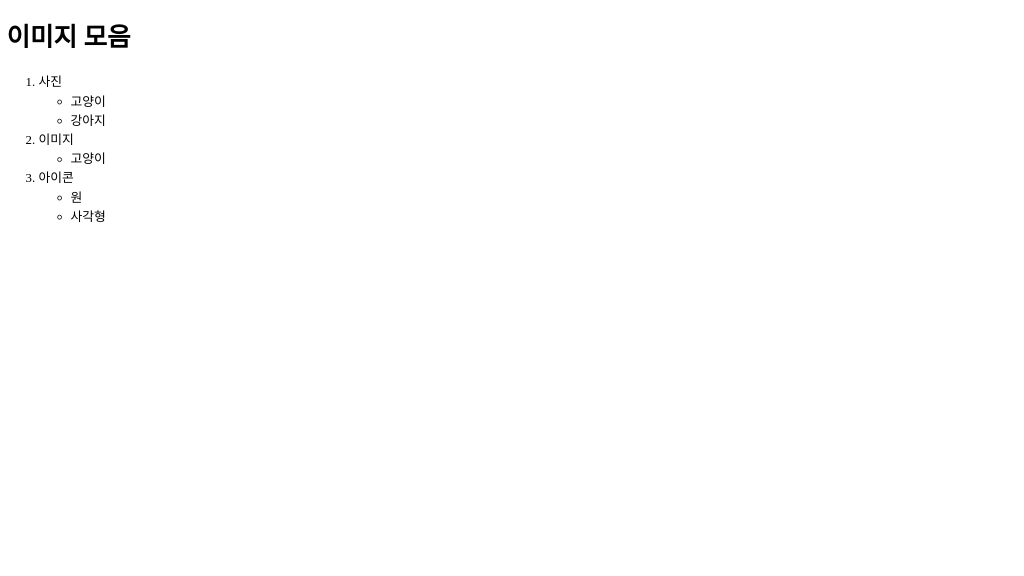
Repository: sinsujung/client
Page: ClientTest/src/main/webapp/문제/q08.html
An editor plug-in stored every save of this project. The page is shown before and after the next save, followed by the edit.
The browser window is 1280 px wide. The pictures show the whole page, at 80% of full size.

Above is the page before, as saved 2023-09-21 02:17:59.

After the next save:
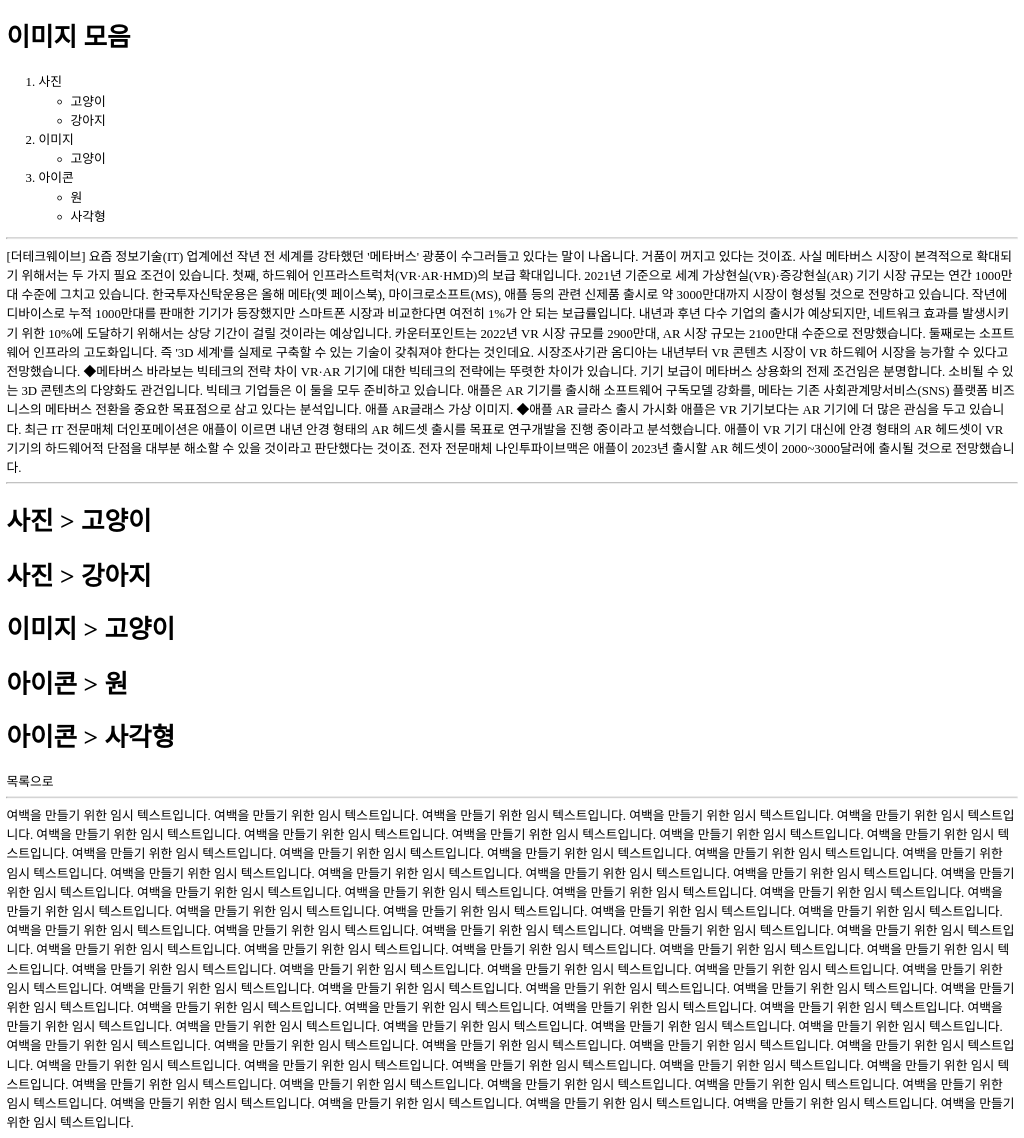
Saved 7 min 0 s later.
--- a/ClientTest/src/main/webapp/문제/q08.html
+++ b/ClientTest/src/main/webapp/문제/q08.html
@@ -10,17 +10,64 @@
 		<li>사진</li>
 		<ul>
 			<li><a name="고양이"></a>고양이</li>
-			<li>강아지</li>
+			<li><a name="강아지">강아지</li>
 		</ul>
 		<li>이미지</li>
 		<ul>
-			<li>고양이</li>
+			<li><a name="고양이">고양이</li>
 		</ul>
 		<li>아이콘</li>
 		<ul>
-			<li>원</li>
-			<li>사각형</li>
+			<li><a name="원">원</li>
+			<li><a name="사각형">사각형</li>
 		</ul>
 	</ol>
+	<hr>
+		[더테크웨이브] 요즘 정보기술(IT) 업계에선 작년 전 세계를 강타했던 '메타버스' 광풍이 수그러들고 있다는 말이 나옵니다.
+		거품이 꺼지고 있다는 것이죠. 사실 메타버스 시장이 본격적으로 확대되기 위해서는 두 가지 필요 조건이 있습니다.
+		첫째, 하드웨어 인프라스트럭처(VR·AR·HMD)의 보급 확대입니다.
+		2021년 기준으로 세계 가상현실(VR)·증강현실(AR) 기기 시장 규모는 연간 1000만대 수준에 그치고 있습니다.
+		한국투자신탁운용은 올해 메타(옛 페이스북), 마이크로소프트(MS), 애플 등의 관련 신제품 출시로 약 3000만대까지 시장이 형성될 것으로 전망하고 있습니다.
+		작년에 디바이스로 누적 1000만대를 판매한 기기가 등장했지만 스마트폰 시장과 비교한다면 여전히 1%가 안 되는 보급률입니다.
+		내년과 후년 다수 기업의 출시가 예상되지만, 네트워크 효과를 발생시키기 위한 10%에 도달하기 위해서는 상당 기간이 걸릴 것이라는 예상입니다.
+		카운터포인트는 2022년 VR 시장 규모를 2900만대, AR 시장 규모는 2100만대 수준으로 전망했습니다. 둘째로는 소프트웨어 인프라의 고도화입니다.
+		즉 '3D 세계'를 실제로 구축할 수 있는 기술이 갖춰져야 한다는 것인데요.
+		시장조사기관 옴디아는 내년부터 VR 콘텐츠 시장이 VR 하드웨어 시장을 능가할 수 있다고 전망했습니다.
+		◆메타버스 바라보는 빅테크의 전략 차이 VR·AR 기기에 대한 빅테크의 전략에는 뚜렷한 차이가 있습니다.
+		기기 보급이 메타버스 상용화의 전제 조건임은 분명합니다. 소비될 수 있는 3D 콘텐츠의 다양화도 관건입니다.
+		빅테크 기업들은 이 둘을 모두 준비하고 있습니다.
+		애플은 AR 기기를 출시해 소프트웨어 구독모델 강화를, 메타는 기존 사회관계망서비스(SNS) 플랫폼 비즈니스의 메타버스 전환을 중요한 목표점으로 삼고 있다는 분석입니다.
+		애플 AR글래스 가상 이미지. ◆애플 AR 글라스 출시 가시화 애플은 VR 기기보다는 AR 기기에 더 많은 관심을 두고 있습니다.
+		최근 IT 전문매체 더인포메이션은 애플이 이르면 내년 안경 형태의 AR 헤드셋 출시를 목표로 연구개발을 진행 중이라고 분석했습니다.
+		애플이 VR 기기 대신에 안경 형태의 AR 헤드셋이 VR 기기의 하드웨어적 단점을 대부분 해소할 수 있을 것이라고 판단했다는 것이죠.
+		전자 전문매체 나인투파이브맥은 애플이 2023년 출시할 AR 헤드셋이 2000~3000달러에 출시될 것으로 전망했습니다.
+		<hr>
+			<h1>사진 > 고양이</h1>
+			<h1>사진 > 강아지</h1>
+			<h1>이미지 > 고양이</h1>
+			<h1>아이콘 > 원</h1>
+			<h1>아이콘 > 사각형</h1>
+			<font align ="right">목록으로</font>
+			<hr>
+			여백을 만들기 위한 임시 텍스트입니다. 여백을 만들기 위한 임시 텍스트입니다. 여백을 만들기 위한 임시 텍스트입니다. 여백을 만들기 위한 임시 텍스트입니다.
+			여백을 만들기 위한 임시 텍스트입니다. 여백을 만들기 위한 임시 텍스트입니다. 여백을 만들기 위한 임시 텍스트입니다. 여백을 만들기 위한 임시 텍스트입니다.
+			여백을 만들기 위한 임시 텍스트입니다. 여백을 만들기 위한 임시 텍스트입니다. 여백을 만들기 위한 임시 텍스트입니다. 여백을 만들기 위한 임시 텍스트입니다.
+			여백을 만들기 위한 임시 텍스트입니다. 여백을 만들기 위한 임시 텍스트입니다. 여백을 만들기 위한 임시 텍스트입니다. 여백을 만들기 위한 임시 텍스트입니다.
+			여백을 만들기 위한 임시 텍스트입니다. 여백을 만들기 위한 임시 텍스트입니다. 여백을 만들기 위한 임시 텍스트입니다. 여백을 만들기 위한 임시 텍스트입니다.
+			여백을 만들기 위한 임시 텍스트입니다. 여백을 만들기 위한 임시 텍스트입니다. 여백을 만들기 위한 임시 텍스트입니다. 여백을 만들기 위한 임시 텍스트입니다.
+			여백을 만들기 위한 임시 텍스트입니다. 여백을 만들기 위한 임시 텍스트입니다. 여백을 만들기 위한 임시 텍스트입니다. 여백을 만들기 위한 임시 텍스트입니다.
+			여백을 만들기 위한 임시 텍스트입니다. 여백을 만들기 위한 임시 텍스트입니다. 여백을 만들기 위한 임시 텍스트입니다. 여백을 만들기 위한 임시 텍스트입니다.
+			여백을 만들기 위한 임시 텍스트입니다. 여백을 만들기 위한 임시 텍스트입니다. 여백을 만들기 위한 임시 텍스트입니다. 여백을 만들기 위한 임시 텍스트입니다.
+			여백을 만들기 위한 임시 텍스트입니다. 여백을 만들기 위한 임시 텍스트입니다. 여백을 만들기 위한 임시 텍스트입니다. 여백을 만들기 위한 임시 텍스트입니다.
+			여백을 만들기 위한 임시 텍스트입니다. 여백을 만들기 위한 임시 텍스트입니다. 여백을 만들기 위한 임시 텍스트입니다. 여백을 만들기 위한 임시 텍스트입니다.
+			여백을 만들기 위한 임시 텍스트입니다. 여백을 만들기 위한 임시 텍스트입니다. 여백을 만들기 위한 임시 텍스트입니다. 여백을 만들기 위한 임시 텍스트입니다.
+			여백을 만들기 위한 임시 텍스트입니다. 여백을 만들기 위한 임시 텍스트입니다. 여백을 만들기 위한 임시 텍스트입니다. 여백을 만들기 위한 임시 텍스트입니다.
+			여백을 만들기 위한 임시 텍스트입니다. 여백을 만들기 위한 임시 텍스트입니다. 여백을 만들기 위한 임시 텍스트입니다. 여백을 만들기 위한 임시 텍스트입니다.
+			여백을 만들기 위한 임시 텍스트입니다. 여백을 만들기 위한 임시 텍스트입니다. 여백을 만들기 위한 임시 텍스트입니다. 여백을 만들기 위한 임시 텍스트입니다.
+			여백을 만들기 위한 임시 텍스트입니다. 여백을 만들기 위한 임시 텍스트입니다. 여백을 만들기 위한 임시 텍스트입니다. 여백을 만들기 위한 임시 텍스트입니다.
+			여백을 만들기 위한 임시 텍스트입니다. 여백을 만들기 위한 임시 텍스트입니다. 여백을 만들기 위한 임시 텍스트입니다. 여백을 만들기 위한 임시 텍스트입니다.
+			여백을 만들기 위한 임시 텍스트입니다. 여백을 만들기 위한 임시 텍스트입니다. 여백을 만들기 위한 임시 텍스트입니다. 여백을 만들기 위한 임시 텍스트입니다.
+			여백을 만들기 위한 임시 텍스트입니다. 여백을 만들기 위한 임시 텍스트입니다. 여백을 만들기 위한 임시 텍스트입니다. 여백을 만들기 위한 임시 텍스트입니다.
+			여백을 만들기 위한 임시 텍스트입니다. 여백을 만들기 위한 임시 텍스트입니다.
 </body>
 </html>
